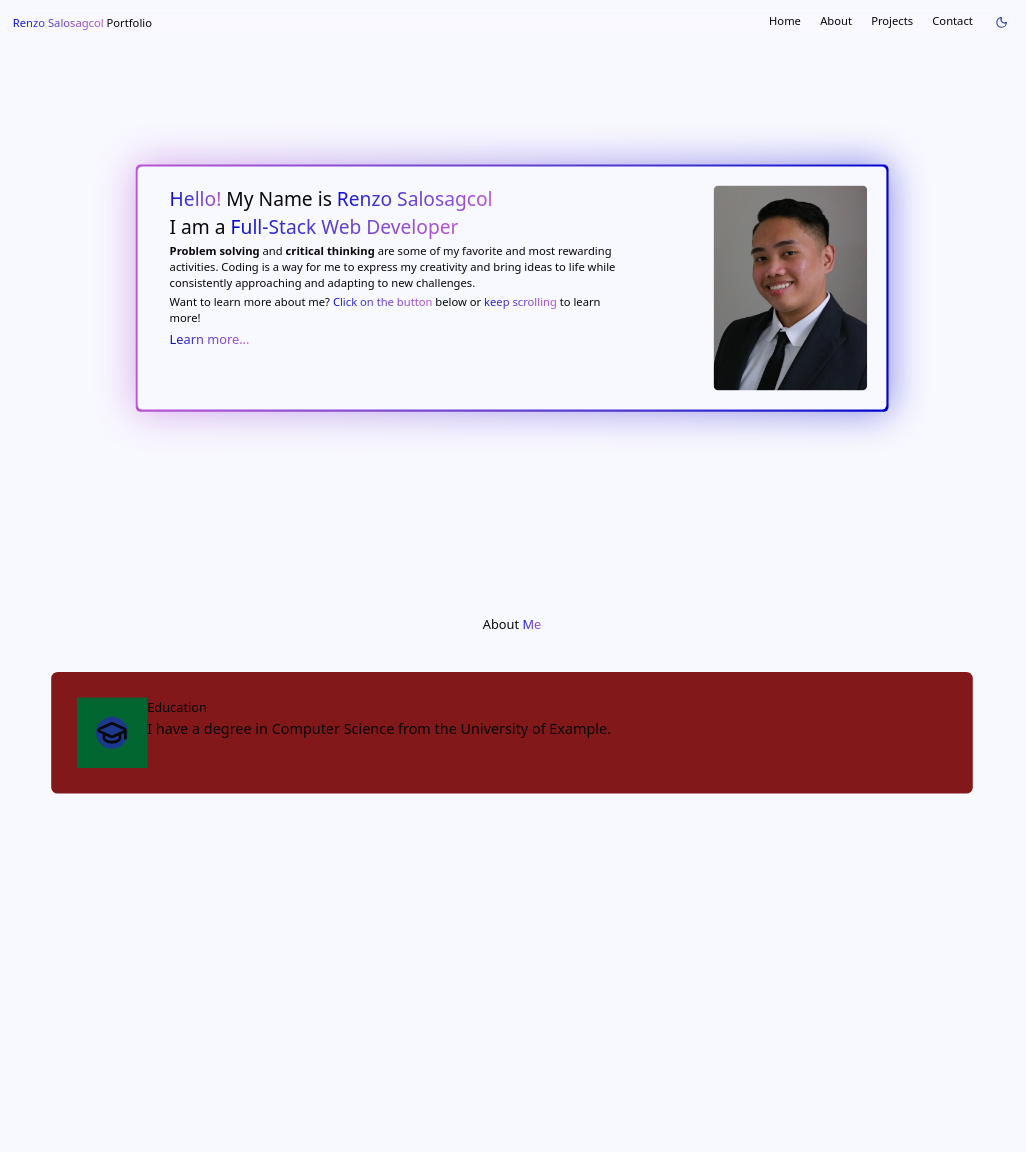
Repository: Renzo-Salosagcol/Updated_Personal_Portfolio
Page: /
The author's editor kept a copy of each file at every save. The page is drawn from the files as they stood at one save, then again after the next save.
The browser window is 1280 px wide. The page is 1280 px wide, then 1283 px, then 1280 px, so the pictures cover 1283 px, including what lies to the right of the window. The pictures show the whole page, at 80% of full size.
The project was rebuilt for these pictures with package versions that can differ from the ones it lists, and the page was loaded fresh each time. Also part of the build but not shown: vite.config.js, src/pages/NotFound.jsx.

Above is the page before, as saved 2025-10-10 12:35:36.

### index.html
<!doctype html>
<html lang="en">
  <head>
    <meta charset="UTF-8" />
    <link rel="icon" type="image/svg+xml" href="/vite.svg" />
    <meta name="viewport" content="width=device-width, initial-scale=1.0" />
    <title>updated-personal-portfolio</title>
  </head>
  <body>
    <div id="root"></div>
    <script type="module" src="/src/main.jsx"></script>
  </body>
</html>

### src/index.css
@import "tailwindcss";

@theme {
  --color-background: var(--background);
  --color-foreground: var(--foreground);

  --color-primary: var(--primary);
  --color-secondary: var(--secondary);

  --animate-fade-in: fade-in 1s ease-in forwards;
}

@layer base {
  /* Light Theme */
  :root {
    --background: #f8f8ff; /* Ghost White */
    --foreground: #080808; /* Vampire Black */

    --primary: #0000cd; /* Medium Blue */
    --secondary: #ba55d3; /* Medium Orchid */
  }

  /* Dark Theme */
  .dark {
    --background: #080808; /* Vampire Black */
    --foreground: #f8f8ff; /* Ghost White */

    --primary: #ff0800; /* Candy Apple Red */
    --secondary: #fefc22; /* Laser Lemon */
  }

  html {
    @apply scroll-smooth;
  }

  body {
    @apply bg-background text-foreground transition-colors duration-300;
  }
}

@property --gradient-angle {
  syntax: "<angle>";
  initial-value: 0deg;
  inherits: false;
}

@keyframes spin {
  from {
    --gradient-angle: 0deg;
  }
  to {
    --gradient-angle: 360deg;
  }
}

@keyframes fade-in {
  0% {
    opacity: 0;
    transform: translateY(20px);
  }
  100% {
    opacity: 1;
    transform: translateY(0);
  }
}

@utility container {
  margin-inline: auto;
  padding-inline: 1rem;
}

@utility after-gradient-border {
  @apply absolute h-[101.5%] w-[100.5%] top-1/2 left-1/2 -translate-x-1/2 -translate-y-1/2 rounded-md -z-10 bg-gradient-to-l from-primary to-secondary;
  content: '';
  /* animation: 3s spin linear infinite; */
}

@utility before-gradient-border {
  @apply after-gradient-border;
  filter: blur(1.5rem);
  opacity: 0.5;
}

@utility gradient-text {
  @apply text-transparent bg-clip-text bg-gradient-to-r from-primary to-secondary transition-colors duration-300;
}

@utility gradient-button {
  @apply after:after-gradient-border after:w-[103%] before:before-gradient-border gradient-text z-0;
}

@utility gradient-button-inner {
  @apply flex h-full w-full items-center justify-center rounded-full bg-background gradient-text z-10
}

@utility gradient-border {
  @apply after:after-gradient-border before:before-gradient-border
}

@utility glassmorphism {
  @apply bg-background/30 backdrop-blur-lg
}

### src/App.jsx
import { BrowserRouter, Routes, Route } from "react-router-dom"
import { Home } from "./pages/Home"
import { NotFound } from "./pages/NotFound"

function App() {
  return (
    <BrowserRouter>
      <Routes>
        <Route path="/" element={<Home />} />
        <Route path="*" element={<NotFound />} />
      </Routes>
    </BrowserRouter>
  )
}

export default App

### src/pages/Home.jsx
import { Background } from "../components/Background"
import { Navbar } from "../components/Navbar"
import { Hero } from "../components/Hero"
import { About } from "../components/About"

export const Home = () => {
  return (
    <div id="home" className="w-full h-screen">
      {/* Background */}
      <Background />


      {/* Navbar */}
      <Navbar />

      {/* Main */}
      <Hero />
      <About />

      {/* Footer */}
    </div>
  )
}

### src/components/Background.jsx


export const Background = () => {
  return (
    <div className="fixed inset-0 overflow-hidden pointer-events-none -z-40 bg-background w-screen h-screen">
    </div>
  )
}

### src/components/Navbar.jsx
import { ThemeToggle } from './ThemeToggle'

const items = [
  { name: 'Home', href: '#home' },
  { name: 'About', href: '#about' },
  { name: 'Projects', href: '#projects' },
  { name: 'Contact', href: '#contact' },
]

export const Navbar = () => {
  return (
    <nav className="fixed top-0 left-0 w-full p-2 flex items-center justify-between glassmorphism z-40 text-sm md:text-md text-foreground">
      <a href="#home" className="p-2"><span className="gradient-text">Renzo Salosagcol</span> Portfolio</a>
      <ul className="flex gap-6 p-2">
        {items.map(item => (
          <li key={item.name}
            className="hover:gradient-text transition-all duration-300 relative">
            <a href={item.href}>{item.name}</a>
          </li>
        ))}
        <li><ThemeToggle /></li>
      </ul>
    </nav>
  )
}

### src/components/Hero.jsx
import GradientButton from "./GradientButton";

export const Hero = () => {
  return (
    <main className="relative min-h-screen flex items-center justify-center max-w-10/12 rounded-md container z-0">
      <div className="z-0 relative gradient-border opacity-0 animate-fade-in">
        <div className="w-full h-full relative container flex flex-cols md:flex-rows justify-between gap-6 rounded-md p-6 bg-background">
          <div className="container flex flex-col gap-1">
            <h1 className="text-lg md:text-xl lg:text-2xl">
              <span className="gradient-text">Hello! </span>
              My Name is
              <span className="gradient-text"> Renzo Salosagcol</span>
            </h1>
            <h1 className="text-lg md:text-xl lg:text-2xl">I am a <span className="gradient-text">Full-Stack Web Developer</span></h1>
            <h3 className="w-md md:w-lg lg:w-xl text-sm">
              <span className="font-bold">Problem solving</span> and
              <span className="font-bold"> critical thinking </span>
              are some of my favorite and most rewarding activities. Coding is a way for me to express my creativity and bring ideas to life while consistently approaching and adapting to new challenges.
            </h3>
            <h3 className="w-md md:w-lg lg:w-xl text-sm">Want to learn more about me?
              <span className="gradient-text"> Click on the button</span> below or
              <span className="gradient-text"> keep scrolling</span> to learn more!
            </h3>
            <a
              href="#about"
              className="relative"
            >
              <GradientButton content="Learn more..." />
            </a>
          </div>
          <div>
            <img
            src="../../headshot.jpeg"
            alt="Headshot Photo"
            className="rounded-md w-64 h-64 object-cover"
            />
          </div>
      </div>
      </div>
    </main>
  )
}

### src/components/About.jsx
import { GraduationCap } from "lucide-react"

const experiences = [
  {
    name: "Education",
    icon: GraduationCap,
    description: "I have a degree in Computer Science from the University of Example.",
    link: "https://example.com/education"
  }
]

export const About = () => {
  return (
    <section id="about" className="relative min-h-screen py-12">
      <div className="flex items-center justify-center mb-12">
        <h1 >About <span className="gradient-text">Me</span></h1>
      </div>
      <div className="bg-red-900 mx-auto max-w-6xl rounded-lg p-4 grid-cols-1 gap-6">
        {experiences.map((experience, index) => (
          <div key={index} className="flex flex-row items-start p-4">
            <div className="p-6 bg-green-800">
              <experience.icon className="w-10 h-10 rounded-full bg-blue-900" />
            </div>
            <div>
              <h2>{experience.name}</h2>
              <p className="text-sm md:text-md lg:text-lg">
                {experience.description}
              </p>
              <a
                href={experience.link}
                target="_blank"
                rel="noopener noreferrer"
                className="text-blue-500 hover:underline"
              >
              </a>
            </div>
          </div>
        ))}
      </div>
    </section>
  )
}

### src/components/ThemeToggle.jsx
import { useState, useEffect } from "react"
import { Sun, Moon } from "lucide-react"

export const ThemeToggle = () => {
  const [isDark, setIsDark] = useState(false)

  useEffect(() => {
    const theme = localStorage.getItem("theme")
    if (theme) {
      setIsDark(theme === "dark")
      document.documentElement.classList.toggle("dark", theme === "dark")
    }
  }, [])

  const toggleTheme = () => {
    setIsDark(!isDark)
    document.documentElement.classList.toggle("dark", !isDark)
    localStorage.setItem("theme", !isDark ? "dark" : "light")
  }

  return (
    <button
      onClick={toggleTheme}
      className="max-sm:hidden p-1 z-50 rounded-full transition-color duration-300 focus:outline-hidden hover:cursor-pointer"
    >
      {isDark ? (
        <Sun className="h-4 w-4 text-yellow-300" />
      ) : (
        <Moon className="h-4 w-4 text-blue-900" />
      )}
    </button>

  )
}

### src/components/GradientButton.jsx
import React from "react";
import { props } from "react";

function GradientButton(props) {
  return (
    <button className="gradient-button">
        {props.content}
    </button>
  )
}

export default GradientButton;

Loaded but not shown: src/main.jsx (common file)

After the next save:
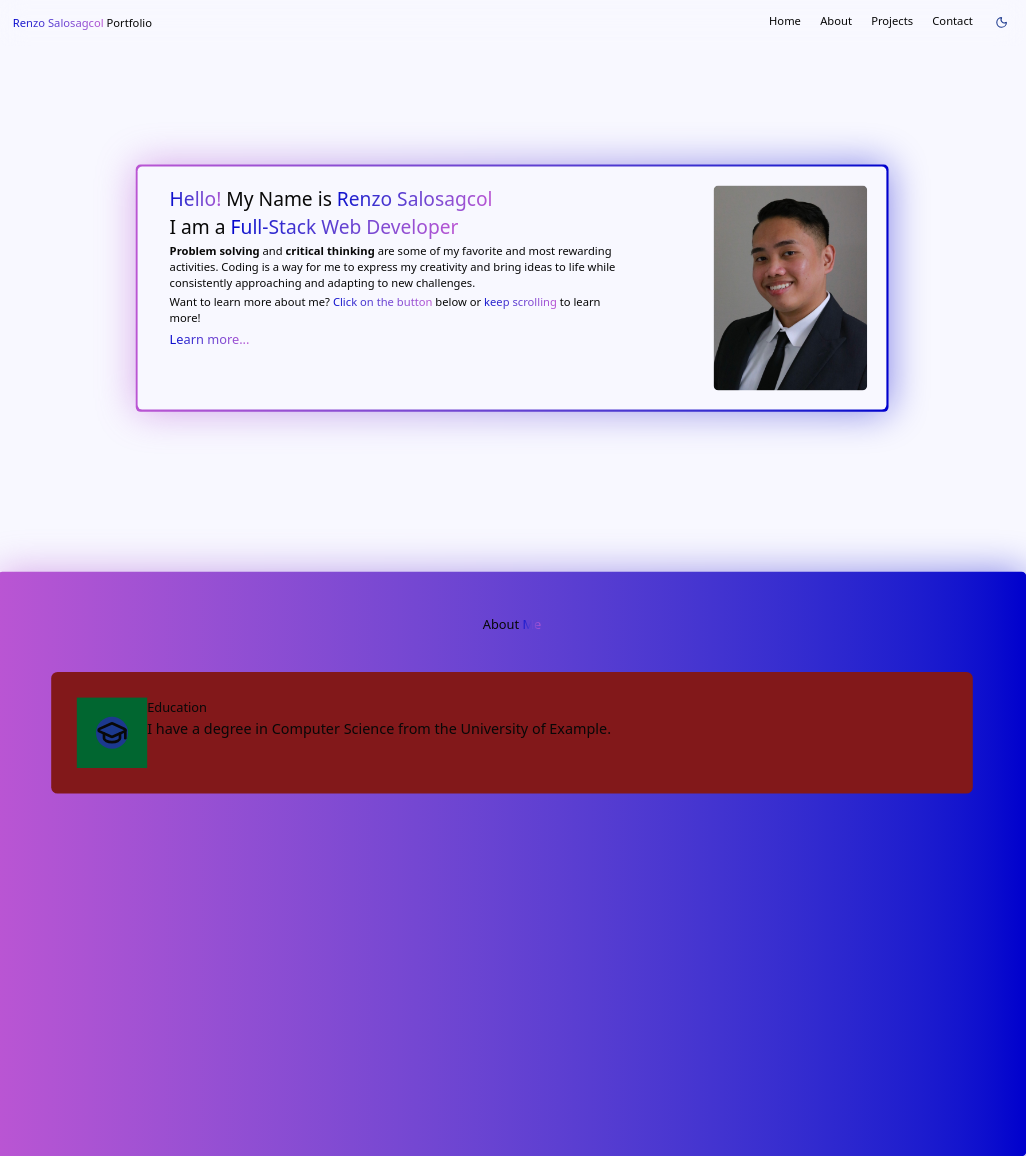
Saved 7 s later.
--- a/src/components/About.jsx
+++ b/src/components/About.jsx
@@ -17,7 +17,7 @@
       </div>
       <div className="bg-red-900 mx-auto max-w-6xl rounded-lg p-4 grid-cols-1 gap-6">
         {experiences.map((experience, index) => (
-          <div key={index} className="flex flex-row items-start p-4">
+          <div key={index} className="flex flex-row items-start p-4 gradient-border">
             <div className="p-6 bg-green-800">
               <experience.icon className="w-10 h-10 rounded-full bg-blue-900" />
             </div>

After the 2 saves that followed:
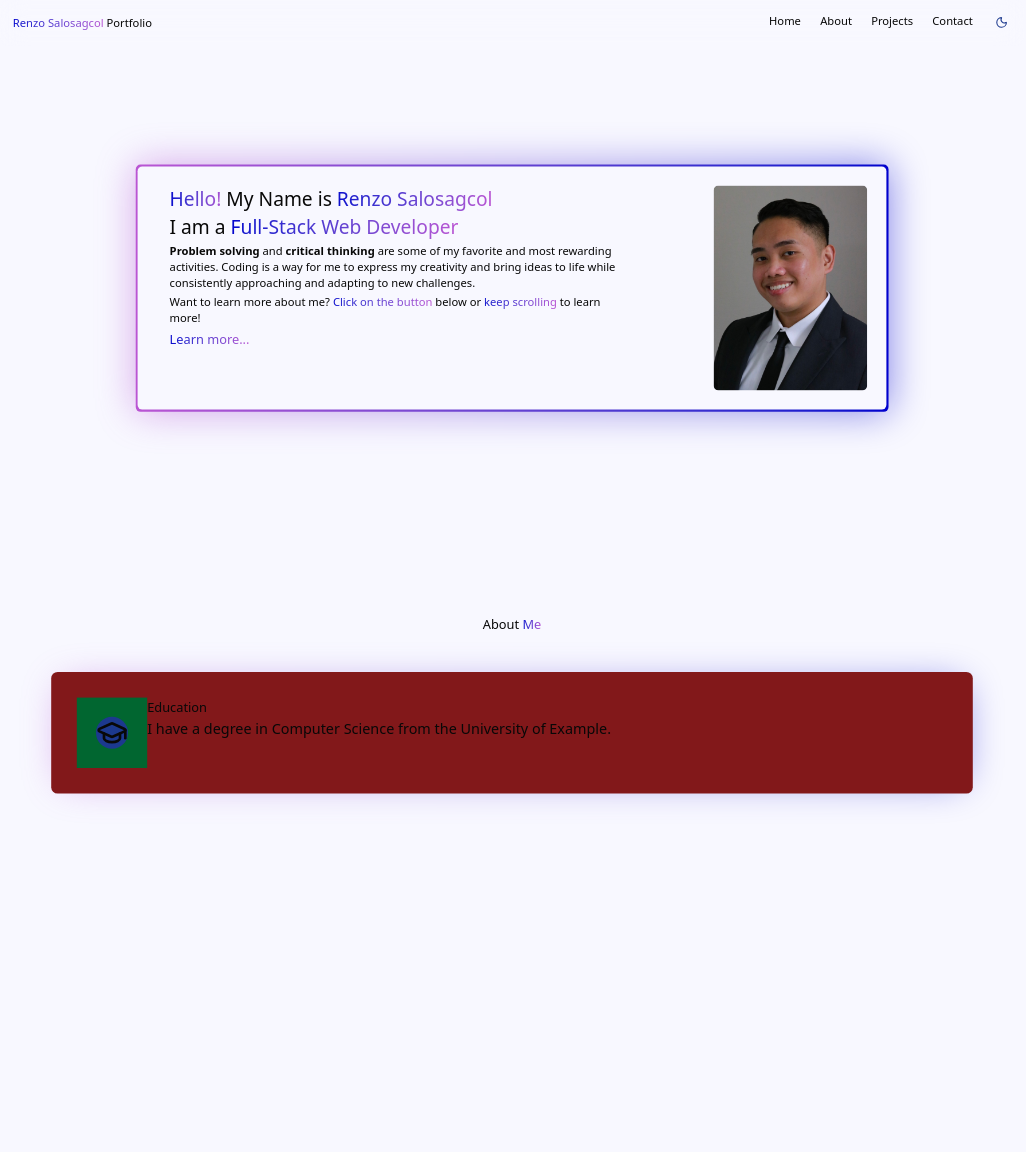
The 2 saves are shown as one change because 1 left the picture as it was.
The last was saved 2 min 20 s later.
--- a/src/index.css
+++ b/src/index.css
@@ -94,7 +94,7 @@
 }
 
 @utility gradient-border {
-  @apply after:after-gradient-border before:before-gradient-border
+  @apply relative after:after-gradient-border before:before-gradient-border
 }
 
 @utility glassmorphism {
--- a/src/components/About.jsx
+++ b/src/components/About.jsx
@@ -17,7 +17,7 @@
       </div>
       <div className="bg-red-900 mx-auto max-w-6xl rounded-lg p-4 grid-cols-1 gap-6">
         {experiences.map((experience, index) => (
-          <div key={index} className="flex flex-row items-start p-4 gradient-border">
+          <div key={index} className="flex flex-row items-start p-4 gradient-border rounded-md">
             <div className="p-6 bg-green-800">
               <experience.icon className="w-10 h-10 rounded-full bg-blue-900" />
             </div>
